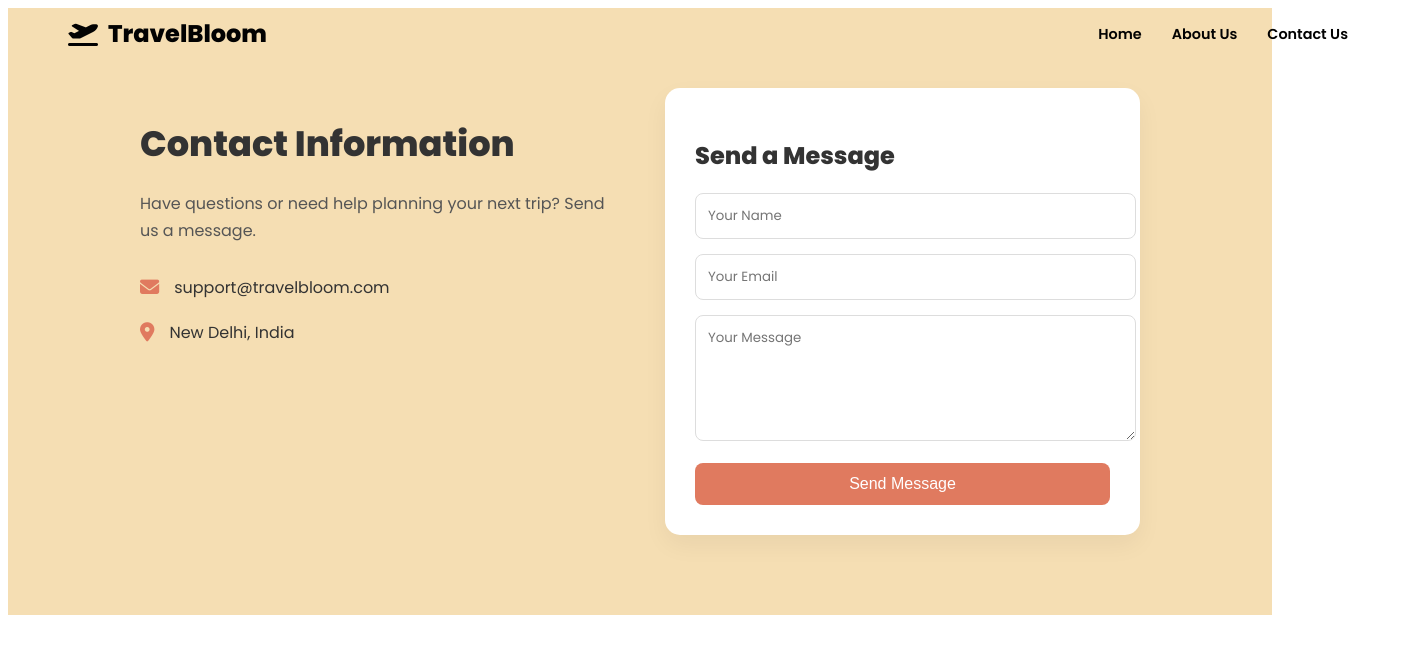
Repository: LatikaAdhikari064/TravelBloom_Project
Page: contact.html
The author's editor kept a copy of each file at every save. The page is drawn from the files as they stood at one save, then again after the next save.
The browser window is 1280 px wide. The page is 1408 px wide, then 1300 px, so the pictures cover 1408 px, including what lies to the right of the window. The pictures show the whole page.

Above is the page before, as saved 2026-01-08 20:48:53.

### contact.html
<!DOCTYPE html>
<html lang="en">
<head>
    <meta charset="UTF-8">
    <meta name="viewport" content="width=device-width, initial-scale=1.0">
    <title>Contact Us - TravelBloom</title>

    <!-- Fonts & Icons -->
    <link href="https://fonts.googleapis.com/css2?family=Poppins:wght@300;400;600;800&display=swap" rel="stylesheet">
    <link rel="stylesheet" href="https://cdnjs.cloudflare.com/ajax/libs/font-awesome/6.4.0/css/all.min.css">

    <!-- CSS -->
    <link rel="stylesheet" href="contact.css">
</head>
<body>

    <nav class="navbar">
        <div class="logo">
            <i class="fas fa-plane-departure"></i> TravelBloom
        </div>
        <ul class="nav-links">
            <li><a href="/">Home</a></li>
            <li><a href="about.html">About Us</a></li>
            <li><a href="contact.html">Contact Us</a></li>
        </ul>
    </nav>
    <!-- CONTACT SECTION -->
    <section class="contact-section">
        <div class="contact-container">

            <!-- INFO -->
            <div class="contact-info">
                <h2>Contact Information</h2>
                <p>Have questions or need help planning your next trip? Send us a message.</p>

                <div class="info-item">
                    <i class="fas fa-envelope"></i>
                    <span>support@travelbloom.com</span>
                </div>

                <div class="info-item">
                    <i class="fas fa-map-marker-alt"></i>
                    <span>New Delhi, India</span>
                </div>
            </div>

            <!-- FORM -->
            <form class="contact-form">
                <h2>Send a Message</h2>

                <input type="text" placeholder="Your Name" required>
                <input type="email" placeholder="Your Email" required>
                <textarea placeholder="Your Message" rows="5" required></textarea>

                <button type="submit">Send Message</button>
            </form>

        </div>
    </section>

</body>
</html>

### contact.css
/* --- CONTACT PAGE STYLES --- */

body {
    font-family: 'Poppins', sans-serif;
}
/* --- Navigation Bar --- */
.navbar {
    position: absolute; /* Sits transparently over the hero image */
    top: 0;
    width: 100%;
    display: flex;
    justify-content: space-between;
    align-items: center;
    padding: 5px 60px;
    z-index: 100; /* Ensures nav is above everything */
    color: rgb(2, 2, 2);
}

.logo {
    font-size: 1.5rem;
    font-weight: 800;
    display: flex;
    align-items: center;
    gap: 10px;
}

.nav-links {
    list-style: none;
    display: flex;
    gap: 30px;
}

.nav-links a {
    text-decoration: none;
    color: rgb(2, 2, 2);
    font-weight: 600;
    font-size: 0.9rem;
    transition: color 0.3s ease;
}

.nav-links a:hover {
    color: #E07A5F; /* Coral accent color */
}

.contact-hero h1 {
    font-size: 3rem;
    font-weight: 800;
}

.contact-hero p {
    font-size: 1.1rem;
    opacity: 0.9;
}

/* SECTION */
.contact-section {
    padding: 80px 20px;
    background:wheat;
}

.contact-container {
    max-width: 1000px;
    margin: auto;
    display: grid;
    grid-template-columns: 1fr 1fr;
    gap: 50px;
}

/* INFO */
.contact-info h2 {
    font-size: 2.2rem;
    margin-bottom: 20px;
    color: #333;
}

.contact-info p {
    color: #555;
    margin-bottom: 30px;
    line-height: 1.7;
}

.info-item {
    display: flex;
    align-items: center;
    gap: 15px;
    margin-bottom: 20px;
    color: #333;
}

.info-item i {
    color: #E07A5F;
    font-size: 1.2rem;
}

/* FORM */
.contact-form {
    background: white;
    padding: 30px;
    border-radius: 15px;
    box-shadow: 0 10px 25px rgba(0,0,0,0.05);
}

.contact-form h2 {
    margin-bottom: 20px;
    color: #333;
}

.contact-form input,
.contact-form textarea {
    width: 100%;
    padding: 12px;
    margin-bottom: 15px;
    border-radius: 8px;
    border: 1px solid #ddd;
    font-family: inherit;
}

.contact-form input:focus,
.contact-form textarea:focus {
    outline: none;
    border-color: #E07A5F;
}

.contact-form button {
    width: 100%;
    padding: 12px;
    background: #E07A5F;
    border: none;
    color: white;
    font-size: 1rem;
    border-radius: 8px;
    cursor: pointer;
    transition: background 0.3s;
}

.contact-form button:hover {
    background: #cf6a52;
}

/* RESPONSIVE */
@media (max-width: 768px) {
    .contact-container {
        grid-template-columns: 1fr;
    }

    .contact-hero h1 {
        font-size: 2.2rem;
    }
}

After the next save:
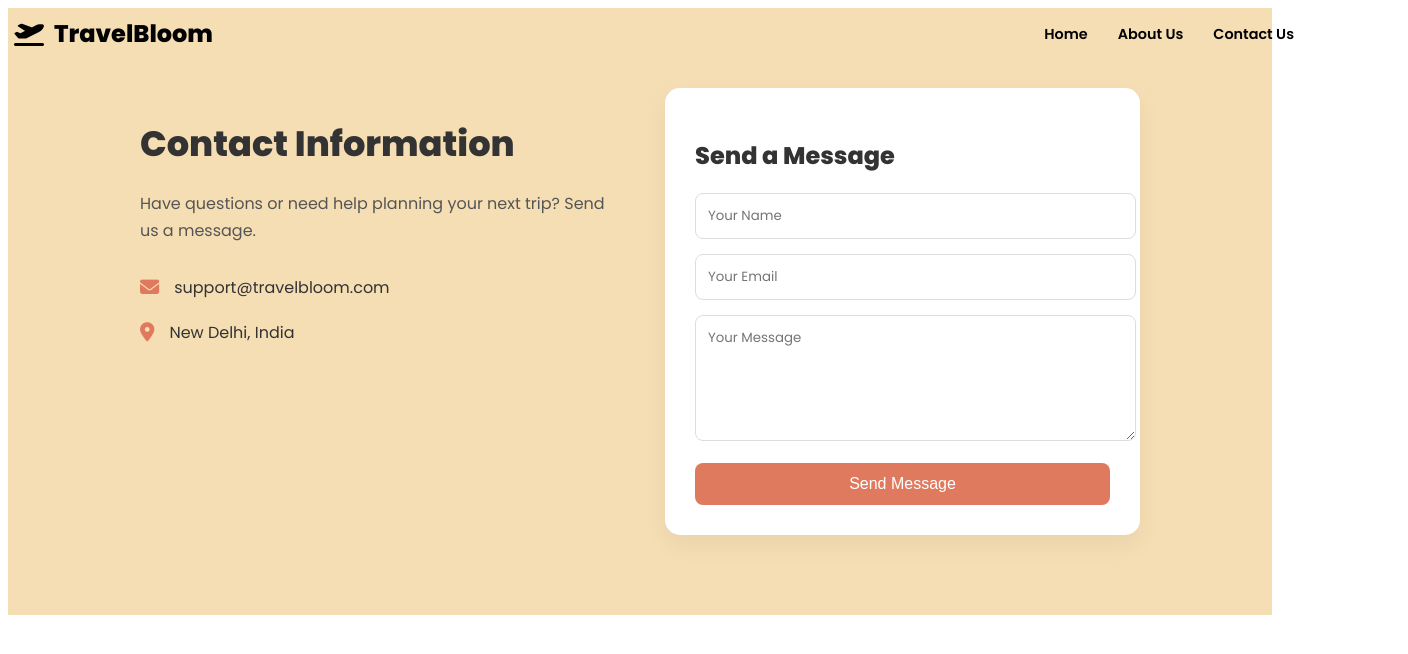
Saved 15 s later.
--- a/contact.css
+++ b/contact.css
@@ -11,7 +11,7 @@ body {
     display: flex;
     justify-content: space-between;
     align-items: center;
-    padding: 5px 60px;
+    padding: 5px 6px;
     z-index: 100; /* Ensures nav is above everything */
     color: rgb(2, 2, 2);
 }
